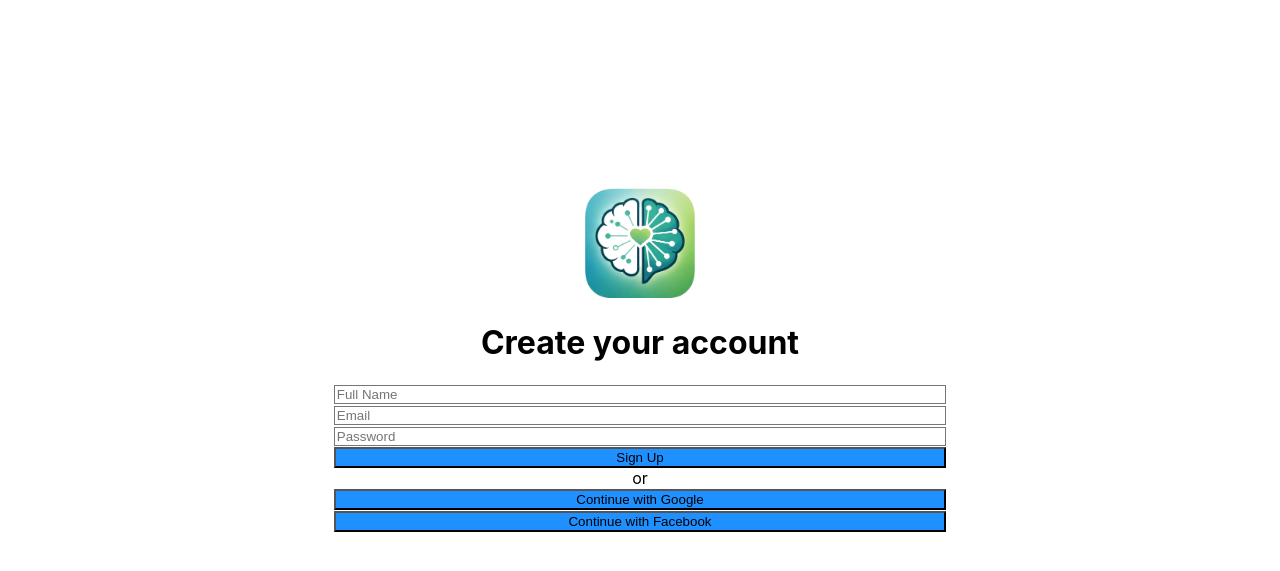
Repository: PhantomMiles/therabuddy
Page: /signup
These files come from the project's save history. The page is drawn as it stood at one moment and after the next save; the edit follows.
The browser window is 1280 px wide. The pictures show the whole page.
The project was rebuilt for these pictures with package versions that can differ from the ones it lists, and the page was loaded fresh each time. The framework's server and built-in components were replaced by stand-ins that run in the browser. Also part of the build but not shown: next.config.ts.

Above is the page before, as saved 2026-03-08 01:38:28.

After the next save:
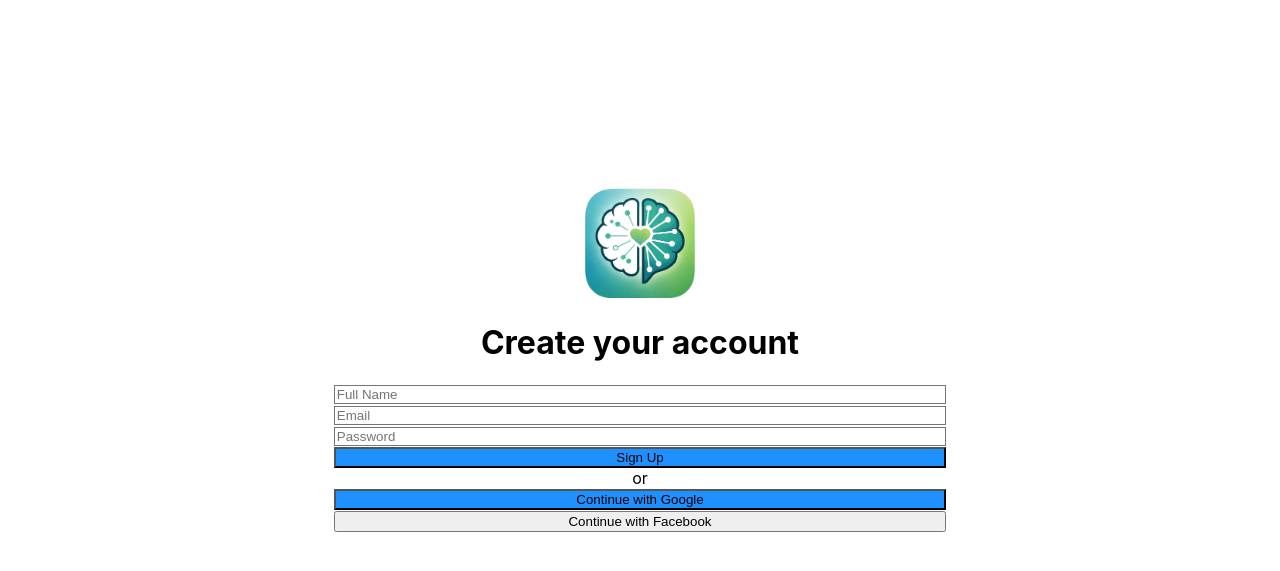
Saved 11 s later.
--- a/src/app/signup/page.tsx
+++ b/src/app/signup/page.tsx
@@ -114,7 +114,7 @@
 
     <button
      onClick={()=>signIn("facebook")}
-     className="px-3 py-2 rounded-md bg-[#1e90ff] w-full"
+     className="px-3 py-2 rounded-md bg-d w-full"
     >
      Continue with Facebook
     </button>
